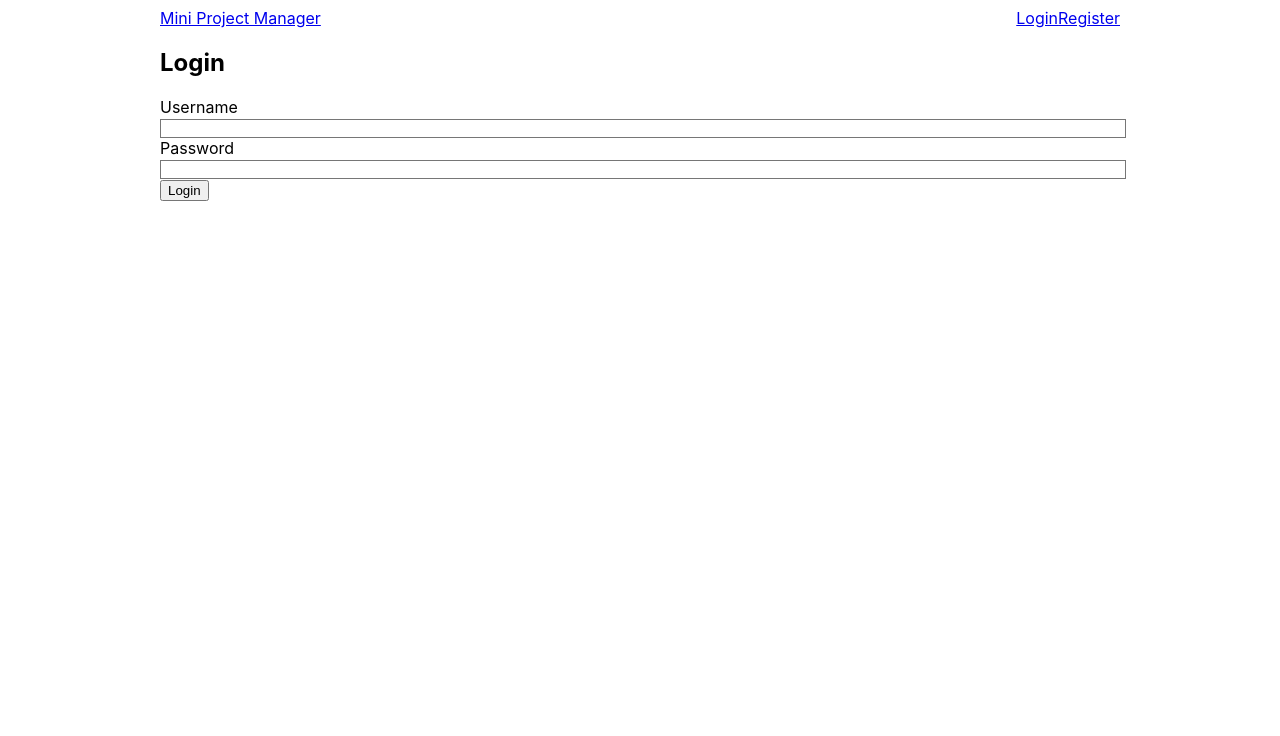
Repository: letscodeshivansh/pathlock-project
Page: /login (app in frontend/)
An editor plug-in stored every save of this project. The page is shown before and after the next save, followed by the edit.
The browser window is 1280 px wide. The pictures show the whole page.
The project was rebuilt for these pictures with package versions that can differ from the ones it lists, and the page was loaded fresh each time. Also part of the build but not shown: frontend/vite.config.ts, frontend/src/pages/Dashboard.tsx, frontend/src/pages/ProjectDetails.tsx, frontend/src/pages/RegisterPage.tsx.

Above is the page before, as saved 2025-10-31 01:27:25.

### frontend/index.html
<!doctype html>
<html>
  <head>
    <meta charset="utf-8" />
    <meta name="viewport" content="width=device-width, initial-scale=1.0" />
    <title>Mini Project Manager</title>
  </head>
  <body>
    <div id="root"></div>
    <script type="module" src="/src/main.tsx"></script>
  </body>
</html>

### frontend/src/main.tsx
import './styles.css';

import React from 'react';

import { createRoot } from 'react-dom/client';
import { BrowserRouter } from 'react-router-dom';

import App from './App';

createRoot(document.getElementById('root')!).render(
  <React.StrictMode>
    <BrowserRouter>
      <App />
    </BrowserRouter>
  </React.StrictMode>
)

### frontend/src/styles.css
@tailwind base;
@tailwind components;
@tailwind utilities;

body { font-family: Inter, ui-sans-serif, system-ui, -apple-system, 'Segoe UI', Roboto, 'Helvetica Neue', Arial; }
.container { max-width: 960px; margin: 0 auto; }

### frontend/src/App.tsx
import React from 'react';

import {
  Link,
  Route,
  Routes,
} from 'react-router-dom';

import Dashboard from './pages/Dashboard';
import LoginPage from './pages/LoginPage';
import ProjectDetails from './pages/ProjectDetails';
import RegisterPage from './pages/RegisterPage';

export default function App() {
  return (
    <div className="min-h-screen bg-gray-100">
      <nav className="bg-white shadow p-4">
        <div className="container mx-auto flex justify-between">
          <Link to="/" className="font-bold">Mini Project Manager</Link>
          <div>
            <Link to="/login" className="mr-4">Login</Link>
            <Link to="/register">Register</Link>
          </div>
        </div>
      </nav>
      <div className="container mx-auto p-4">
        <Routes>
          <Route path="/" element={<Dashboard/>} />
          <Route path="/login" element={<LoginPage/>} />
          <Route path="/register" element={<RegisterPage/>} />
          <Route path="/projects/:id" element={<ProjectDetails/>} />
        </Routes>
      </div>
    </div>
  )
}

### frontend/src/pages/LoginPage.tsx
import React, { useState } from 'react';

import api from '../services/api';

export default function LoginPage() {
  const [username, setUsername] = useState('')
  const [password, setPassword] = useState('')
  const [loading, setLoading] = useState(false)
  const [error, setError] = useState<string | null>(null)

  async function submit(e: React.FormEvent) {
    e.preventDefault()
    setLoading(true)
    setError(null)
    try {
      const res = await api.post('/api/v1/auth/login', { username, password })
      localStorage.setItem('token', res.data.token)
      window.location.href = '/'
    } catch (err: any) {
      setError(err.response?.data?.error || 'Login failed')
    } finally { setLoading(false) }
  }

  return (
    <div className="max-w-md mx-auto bg-white p-6 rounded shadow">
      <h2 className="text-xl font-bold mb-4">Login</h2>
      {error && <div className="text-red-600 mb-2">{error}</div>}
      <form onSubmit={submit}>
        <label className="block mb-2">Username
          <input value={username} onChange={e => setUsername(e.target.value)} className="w-full border p-2" />
        </label>
        <label className="block mb-2">Password
          <input type="password" value={password} onChange={e => setPassword(e.target.value)} className="w-full border p-2" />
        </label>
        <button className="bg-blue-600 text-white px-4 py-2 rounded" disabled={loading}>{loading ? 'Logging...' : 'Login'}</button>
      </form>
    </div>
  )
}

### frontend/src/services/api.ts
import axios from 'axios';

import {
  clearToken,
  getToken,
} from './auth';

const api = axios.create({
  baseURL: 'http://localhost:5000',
})

api.interceptors.request.use(cfg => {
  const token = getToken()
  if (token) {
  const headers: any = cfg.headers ?? {}
  headers['Authorization'] = `Bearer ${token}`
  cfg.headers = headers
  }
  return cfg
})

// If unauthorized, clear token so UI can react
api.interceptors.response.use(
  res => res,
  err => {
    if (err?.response?.status === 401) {
      clearToken()
      // optional: window.location.href = '/login'
    }
    return Promise.reject(err)
  }
)

export default api

### frontend/src/services/auth.ts
export function getToken(): string | null {
  return localStorage.getItem('token')
}

export function setToken(token: string) {
  localStorage.setItem('token', token)
}

export function clearToken() {
  localStorage.removeItem('token')
}

export function isAuthenticated(): boolean {
  const t = getToken()
  return !!t
}

After the next save:
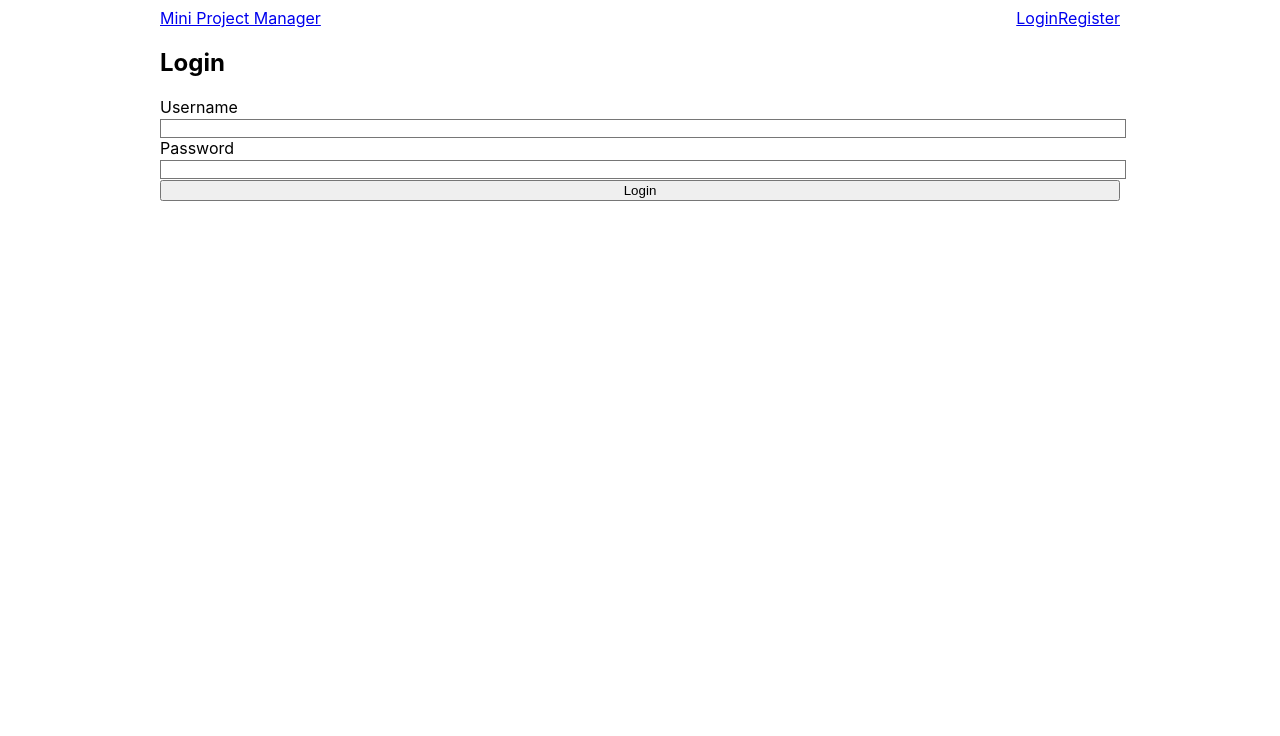
Saved 53 s later.
--- a/frontend/src/pages/LoginPage.tsx
+++ b/frontend/src/pages/LoginPage.tsx
@@ -1,21 +1,24 @@
-import React, { useState } from 'react';
-
-import api from '../services/api';
+import React, { useState } from 'react'
+import { useNavigate } from 'react-router-dom'
+import api from '../services/api'
+import { setToken } from '../services/auth'
 
 export default function LoginPage() {
   const [username, setUsername] = useState('')
   const [password, setPassword] = useState('')
   const [loading, setLoading] = useState(false)
   const [error, setError] = useState<string | null>(null)
+  const navigate = useNavigate()
 
   async function submit(e: React.FormEvent) {
     e.preventDefault()
     setLoading(true)
     setError(null)
+    if (!username || !password) { setError('Please enter username and password'); setLoading(false); return }
     try {
       const res = await api.post('/api/v1/auth/login', { username, password })
-      localStorage.setItem('token', res.data.token)
-      window.location.href = '/'
+      setToken(res.data.token)
+      navigate('/')
     } catch (err: any) {
       setError(err.response?.data?.error || 'Login failed')
     } finally { setLoading(false) }
@@ -23,16 +26,16 @@ export default function LoginPage() {
 
   return (
     <div className="max-w-md mx-auto bg-white p-6 rounded shadow">
-      <h2 className="text-xl font-bold mb-4">Login</h2>
+      <h2 className="text-2xl font-bold mb-4">Login</h2>
       {error && <div className="text-red-600 mb-2">{error}</div>}
       <form onSubmit={submit}>
         <label className="block mb-2">Username
-          <input value={username} onChange={e => setUsername(e.target.value)} className="w-full border p-2" />
+          <input value={username} onChange={e => setUsername(e.target.value)} className="w-full border p-2 mt-1" />
         </label>
         <label className="block mb-2">Password
-          <input type="password" value={password} onChange={e => setPassword(e.target.value)} className="w-full border p-2" />
+          <input type="password" value={password} onChange={e => setPassword(e.target.value)} className="w-full border p-2 mt-1" />
         </label>
-        <button className="bg-blue-600 text-white px-4 py-2 rounded" disabled={loading}>{loading ? 'Logging...' : 'Login'}</button>
+        <button className="bg-blue-600 text-white px-4 py-2 rounded w-full" disabled={loading}>{loading ? 'Logging...' : 'Login'}</button>
       </form>
     </div>
   )
